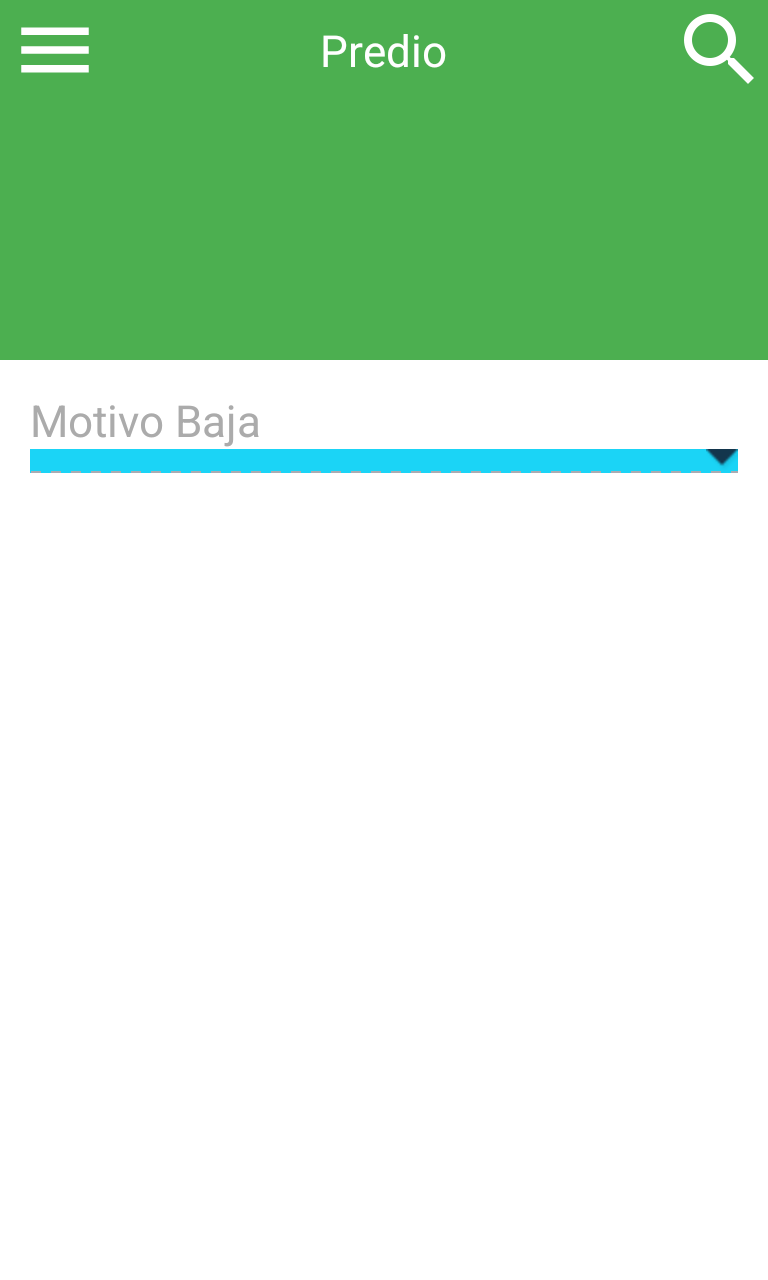
Repository: danielctf/Chilterra
Layout: Proyectos/Animales/res/layout/activity_baja_ganado.xml
The author's editor kept a copy of each file at every save. The layout is drawn from the files as they stood at one save, then again after the next save.
It is drawn on a 768 x 1280 px phone screen (xhdpi) without system bars, with theme AppTheme; the app's code is not run.

Above is the layout before, as saved 2015-10-09 16:34:36.

### Proyectos/Animales/res/layout/activity_baja_ganado.xml
<LinearLayout xmlns:android="http://schemas.android.com/apk/res/android"
    xmlns:tools="http://schemas.android.com/tools"
    android:id="@+id/LinearLayout1"
    android:layout_width="match_parent"
    android:layout_height="match_parent"
    android:orientation="vertical"
    tools:context="cl.a2r.animales.BajaGanado" >

    <RelativeLayout
        android:layout_width="match_parent"
        android:layout_height="50dp"
        android:background="@color/green" >

        <ImageButton
            android:id="@+id/menu"
            android:layout_width="wrap_content"
            android:layout_height="wrap_content"
            android:layout_alignParentLeft="true"
            android:layout_centerVertical="true"
            android:layout_marginLeft="5dp"
            android:background="@null"
            android:src="@drawable/ic_navigation_menu" />

        <TextView
            android:id="@+id/predio"
            android:layout_width="wrap_content"
            android:layout_height="wrap_content"
            android:layout_centerHorizontal="true"
            android:layout_centerVertical="true"
            android:text="Predio"
            android:textAppearance="?android:attr/textAppearanceLarge"
            android:textColor="@color/white" />

        <ImageView
            android:id="@+id/logs"
            android:layout_width="wrap_content"
            android:layout_height="wrap_content"
            android:layout_alignParentRight="true"
            android:layout_centerVertical="true"
            android:src="@drawable/ic_search_white_48dp" />
    </RelativeLayout>

    <RelativeLayout
        android:layout_width="match_parent"
        android:layout_height="wrap_content"
        android:background="@color/green"
        android:layout_weight="0.2" >

        <TextView
            android:id="@+id/despliegaDiio"
            android:layout_width="wrap_content"
            android:layout_height="wrap_content"
            android:layout_centerHorizontal="true"
            android:layout_centerVertical="true"
            android:text=""
            android:textAppearance="?android:attr/textAppearanceLarge" />

    </RelativeLayout>

    <RelativeLayout
        android:layout_width="match_parent"
        android:layout_height="wrap_content"
        android:layout_weight="0.8" >

        <TextView
            android:id="@+id/textView1"
            android:layout_width="wrap_content"
            android:layout_height="wrap_content"
            android:layout_alignParentLeft="true"
            android:layout_alignParentTop="true"
            android:layout_marginLeft="15dp"
            android:layout_marginTop="15dp"
            android:text="Motivo Baja"
            android:textColor="#ababab"
            android:textAppearance="?android:attr/textAppearanceLarge" />

        <Spinner
            android:id="@+id/motivoBaja"
            android:layout_width="match_parent"
            android:layout_height="wrap_content"
            android:layout_alignLeft="@+id/textView1"
            android:layout_marginRight="15dp"
            android:background="@drawable/shape_drop_down_normal"
            android:layout_below="@+id/textView1" />

    </RelativeLayout>

</LinearLayout>

### Proyectos/Animales/res/values/colors.xml
<?xml version="1.0" encoding="utf-8"?>
<resources>
    <color name="red">#ffff0000</color>
    <color name="darkred">#b22222</color>
    <color name="white">#ffffff</color>
    <color name="gris">#cccccc</color>
    <color name="green">#4caf50</color>
</resources>

### Proyectos/Animales/res/drawable/shape_drop_down_normal.xml
<?xml version="1.0" encoding="utf-8"?>
<layer-list xmlns:android="http://schemas.android.com/apk/res/android" >
    <item>
        <shape android:shape="rectangle" >
            <solid android:color="#1bd4f6" />
        </shape>
    </item>

    <item android:top="-2dp" android:right="-2dp" android:left="-2dp">
        <shape>
            <solid android:color="@android:color/transparent" />
            <stroke
                android:dashGap="10px"
                android:dashWidth="10px"
                android:width="1dp"
                android:color="#ababb2" />
        </shape>
    </item>
<item>
    <bitmap
        android:gravity="end"
        android:src="@drawable/sm_tooltip_arrow" />
</item>
</layer-list>

Loaded but not shown: Proyectos/Animales/res/values/styles.xml (common file); Proyectos/Animales/res/values-v11/styles.xml (common file); Proyectos/Animales/res/values-v14/styles.xml (common file)

After the next save:
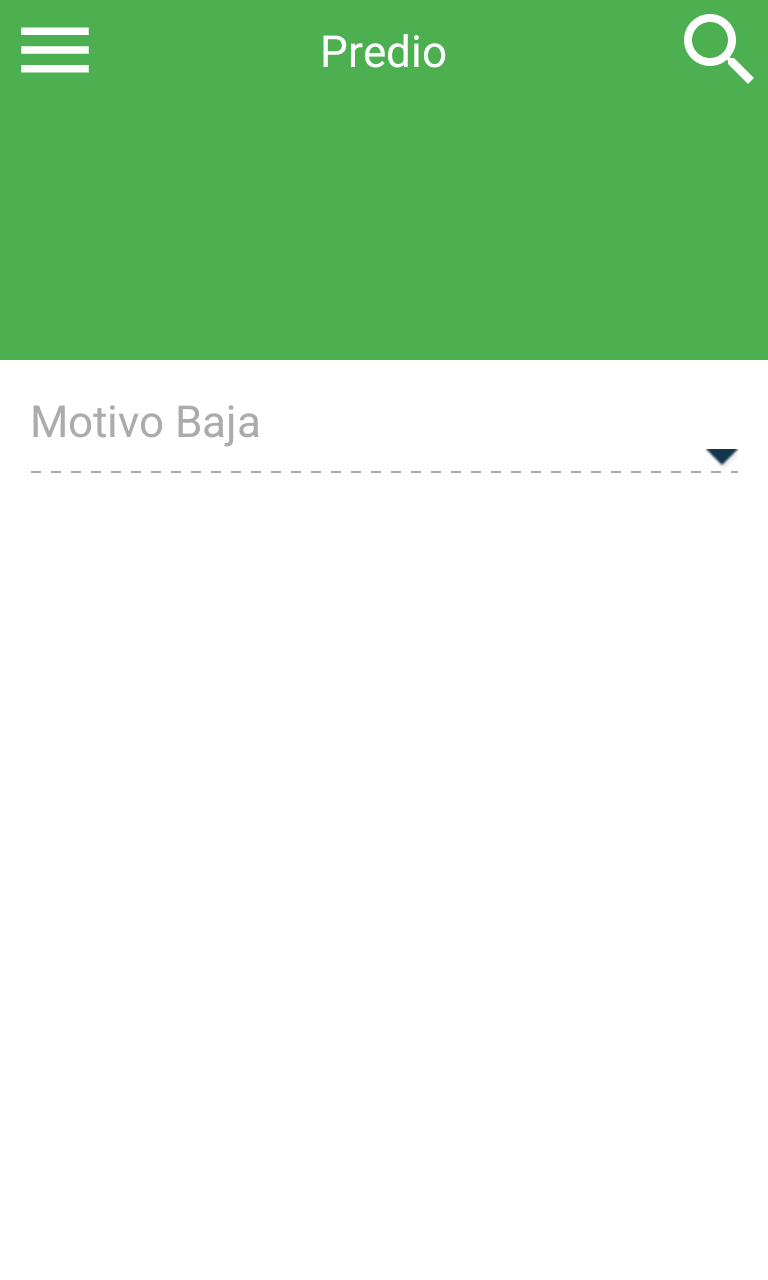
Saved 68 s later.
--- a/Proyectos/Animales/res/drawable/shape_drop_down_normal.xml
+++ b/Proyectos/Animales/res/drawable/shape_drop_down_normal.xml
@@ -2,7 +2,7 @@
 <layer-list xmlns:android="http://schemas.android.com/apk/res/android" >
     <item>
         <shape android:shape="rectangle" >
-            <solid android:color="#1bd4f6" />
+            <solid android:color="#ffffff" />
         </shape>
     </item>
 
